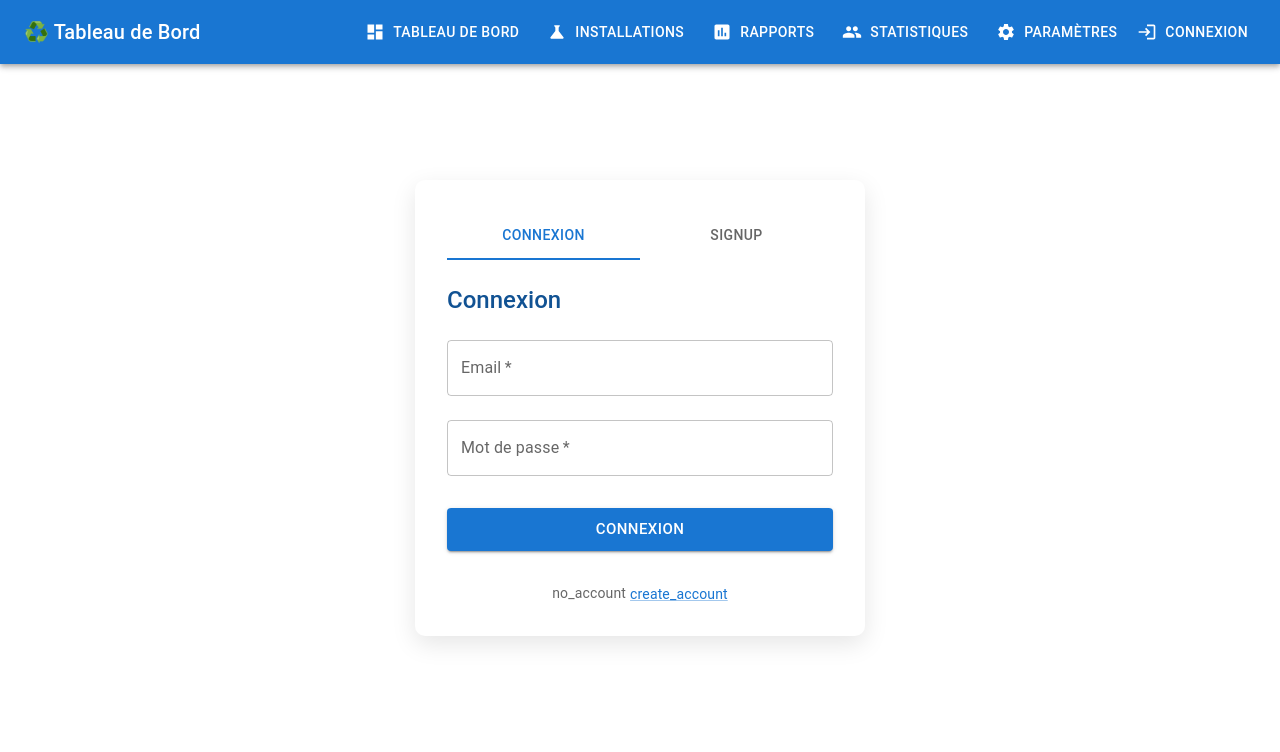
Repository: tofunori/Lithium-Dashboard-Enhanced
Page: /login (app in frontend/)
An editor plug-in stored every save of this project. The page is shown before and after the next save, followed by the edit.
The browser window is 1280 px wide. The pictures show the whole page.
The project was rebuilt for these pictures with package versions that can differ from the ones it lists, and the page was loaded fresh each time. Also part of the build but not shown: frontend/src/components/MapView.js, frontend/src/data/refineryData.js, frontend/src/components/Dashboard.js, frontend/src/components/Settings.js, frontend/src/components/ReportsView.js, frontend/src/components/FonderieDetail.js, frontend/src/components/UploadDocument.js, frontend/src/components/Reports.js.

Above is the page before, as saved 2025-03-19 21:50:16.

After the next save:
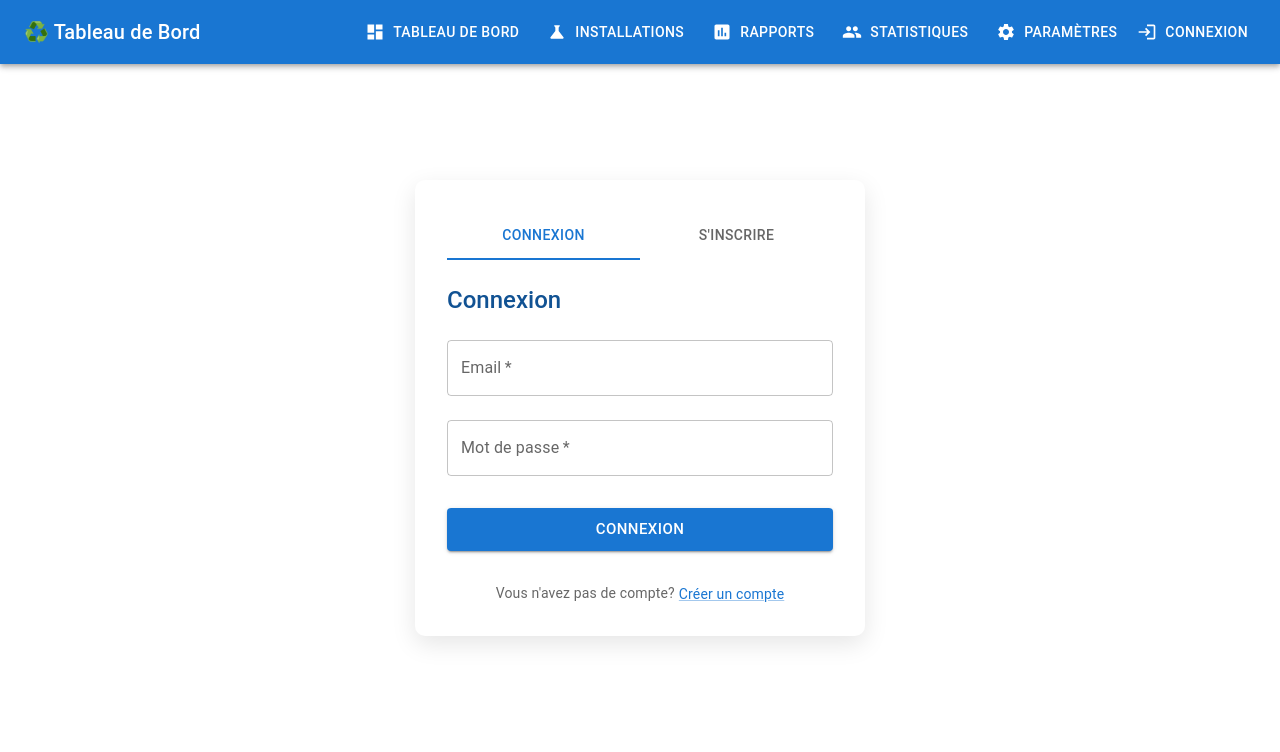
Saved 31 s later.
--- a/frontend/src/translations.js
+++ b/frontend/src/translations.js
@@ -122,6 +122,21 @@ const translations = {
     login_help_text: 'Pour accéder au backend, utilisez les identifiants fournis par votre administrateur.',
     demo_credentials: 'Identifiants de démo',
     any_credentials: 'Utilisez n\'importe quels identifiants',
+    login_error_fields: 'Veuillez remplir tous les champs',
+    login_error_invalid: 'Email ou mot de passe invalide',
+    signup_error_fields: 'Veuillez remplir tous les champs',
+    signup_error_email_format: 'Format d\'email invalide',
+    signup_error_password_length: 'Le mot de passe doit contenir au moins 6 caractères',
+    signup_error_email_exists: 'Cet email est déjà utilisé',
+    signup_error_general: 'Erreur lors de l\'inscription',
+    signup_success_confirm_email: 'Inscription réussie! Vérifiez votre email pour confirmer votre compte.',
+    create_account: 'Créer un compte',
+    signup: 'S\'inscrire',
+    logging_in: 'Connexion en cours...',
+    creating_account: 'Création du compte...',
+    no_account: 'Vous n\'avez pas de compte?',
+    already_have_account: 'Vous avez déjà un compte?',
+    password_requirements: 'Minimum 6 caractères',
   },
   en: {
     // Navigation
@@ -245,6 +260,21 @@ const translations = {
     login_help_text: 'To access the backend, use the credentials provided by your administrator.',
     demo_credentials: 'Demo credentials',
     any_credentials: 'Use any credentials',
+    login_error_fields: 'Veuillez remplir tous les champs',
+    login_error_invalid: 'Email ou mot de passe invalide',
+    signup_error_fields: 'Veuillez remplir tous les champs',
+    signup_error_email_format: 'Format d\'email invalide',
+    signup_error_password_length: 'Le mot de passe doit contenir au moins 6 caractères',
+    signup_error_email_exists: 'Cet email est déjà utilisé',
+    signup_error_general: 'Erreur lors de l\'inscription',
+    signup_success_confirm_email: 'Inscription réussie! Vérifiez votre email pour confirmer votre compte.',
+    create_account: 'Créer un compte',
+    signup: 'S\'inscrire',
+    logging_in: 'Connexion en cours...',
+    creating_account: 'Création du compte...',
+    no_account: 'Vous n\'avez pas de compte?',
+    already_have_account: 'Vous avez déjà un compte?',
+    password_requirements: 'Minimum 6 caractères',
   }
 };
 
